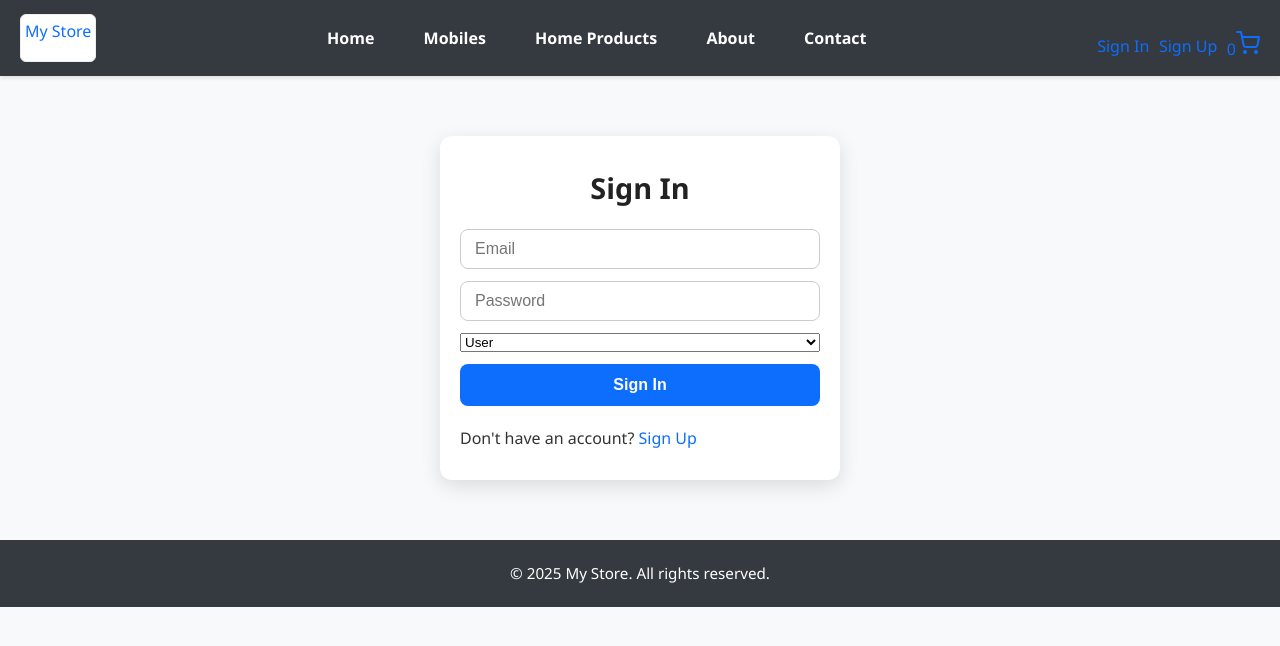
Repository: Sanjaieswaran/Ecommerce
Page: /seller (app in my-app/)
These files come from the project's save history. The page is drawn as it stood at one moment and after the next save; the edit follows.
The browser window is 1280 px wide. The pictures show the whole page.
The project was rebuilt for these pictures with package versions that can differ from the ones it lists, and the page was loaded fresh each time. Also part of the build but not shown: my-app/src/ProductCard.js, my-app/src/Mobiles.css, my-app/src/Mobiles.js, my-app/src/HomeProducts.css, my-app/src/HomeProducts.js, my-app/src/about.css, my-app/src/about.js, my-app/src/contact.css and 15 more.

Above is the page before, as saved 2025-09-10 20:10:18.

### my-app/public/index.html
<!DOCTYPE html>
<html lang="en">
  <head>
    <meta charset="utf-8" />
    <link rel="icon" href="%PUBLIC_URL%/favicon.ico" />
    <meta name="viewport" content="width=device-width, initial-scale=1" />
    <meta name="theme-color" content="#000000" />
    <meta
      name="description"
      content="An e-commerce website for all your needs"
    />
    <meta name="keywords" content="e-commerce, online store, shopping" />
    <meta name="author" content="Your Name" />
    <link rel="apple-touch-icon" href="%PUBLIC_URL%/logo192.png" />
    <link rel="manifest" href="%PUBLIC_URL%/manifest.json" />
    <title>E-commerce Store</title>
  </head>
  <body>
    <noscript>You need to enable JavaScript to run this app.</noscript>
    <div id="root"></div>
  </body>
</html>

### my-app/src/App.js
import React, { useState, useEffect } from 'react';
import { BrowserRouter as Router, Routes, Route, Navigate } from 'react-router-dom';
import Header from './Header';
import Main from './Main';
import './App.css';
import SellerPage from './pages/SellerPage';
import Signin from './pages/Signin';

function App() {
  const [cartItems, setCartItems] = useState([]);
  const [user, setUser] = useState(null);

  console.log('User state in App.js:', user);

  // Load user from localStorage on page reload
  useEffect(() => {
    const storedUser = localStorage.getItem('user');
    if (storedUser) {
      setUser(JSON.parse(storedUser));
    }
  }, []);

  // Add product to cart
  const AddToCart = (product) => {
    setCartItems((prev) => {
      const exists = prev.find((item) => item.id === product.id);
      if (exists) {
        return prev.map((item) =>
          item.id === product.id ? { ...item, quantity: item.quantity + 1 } : item
        );
      } else {
        return [...prev, { ...product, quantity: 1 }];
      }
    });
  };

  // Update quantity
  const UpdateQuantity = (productId, action) => {
    setCartItems((prev) =>
      prev
        .map((item) => {
          if (item.id === productId) {
            if (action === 'increase') {
              return { ...item, quantity: item.quantity + 1 };
            }
            if (action === 'decrease') {
              return { ...item, quantity: item.quantity - 1 };
            }
          }
          return item;
        })
        .filter((item) => item.quantity > 0)
    );
  };

  const cartCount = cartItems.reduce((sum, item) => sum + item.quantity, 0);

  const handleLogout = () => {
    setUser(null);
    localStorage.removeItem('token');
    localStorage.removeItem('user');
  };

  return (
    <div className="App">
      <Router>
        <Header cartCount={cartCount} user={user} handleLogout={handleLogout} />
        <div className="main-content">
          <Routes>
            <Route path="/*" element={<Main AddToCart={AddToCart} cartItems={cartItems} UpdateQuantity={UpdateQuantity} setUser={setUser} />} />
            <Route path="/seller" element={user && user.role === 'seller' ? <SellerPage /> : <Navigate to="/signin" />} />
            <Route path="/signin" element={<Signin setUser={setUser} />} />
          </Routes>
        </div>
        <footer>
          <p>&copy; 2025 My Store. All rights reserved.</p>
        </footer>
      </Router>
    </div>
  );
}

export default App;

### my-app/src/Header.js
import React from 'react';
import { Link } from 'react-router-dom';

const Header = ({ cartCount, user, handleLogout }) => {
  return (
    <header>
      <div className="logo">
        <Link to="/">My Store</Link>
      </div>
      <nav className="navbar">
        <Link to="/">Home</Link>
        <Link to="/mobiles">Mobiles</Link>
        <Link to="/home-products">Home Products</Link>
        <Link to="/about">About</Link>
        <Link to="/contact">Contact</Link>
        {user && user.role === 'seller' && <Link to="/seller">Seller</Link>}
      </nav>
      <div className="auth-links">
        {user ? (
          <>
            <span>Hello, {user.name}</span>
            <button onClick={handleLogout}>Logout</button>
          </>
        ) : (
          <>
            <Link to="/signin">Sign In</Link>
            <Link to="/signup">Sign Up</Link>
          </>
        )}
        <Link to="/cart" className="cart-icon">
          <span className="cart-count">{cartCount}</span>
          <svg xmlns="http://www.w3.org/2000/svg" width="24" height="24" viewBox="0 0 24 24" fill="none" stroke="currentColor" strokeWidth="2" strokeLinecap="round" strokeLinejoin="round">
            <circle cx="9" cy="21" r="1"></circle>
            <circle cx="20" cy="21"r="1"></circle>
            <path d="M1 1h4l2.68 13.39a2 2 0 0 0 2 1.61h9.72a2 2 0 0 0 2-1.61L23 6H6"></path>
          </svg>
        </Link>
      </div>
    </header>
  );
};

export default Header;

### my-app/src/App.css

* {
    box-sizing: border-box;
    margin: 0;
    padding: 0;
}

body {
        font-family: 'Segoe UI', Tahoma, Geneva, Verdana, sans-serif;
        margin: 0;
        background: #f8f9fa;
    color: #333;
        line-height: 1.5;
}

a {
        color: #0d6efd;
    text-decoration: none;
    }
    a:hover, a:focus {
        text-decoration: underline;
        outline: none;
}


header {
    background-color: #fff;
    box-shadow: 0 2px 4px rgba(0, 0, 0, 0.1);
    padding: 1rem 2rem;
    display: flex;
    justify-content: space-between;
    align-items: center;
        justify-content: space-between;
        background-color: #343a40;
        padding: 14px 20px;
    position: sticky;
    top: 0;
    z-index: 1000;
        flex-wrap: wrap;
        gap: 10px;
    }
    .logo-container {
        display: flex;
        align-items: center;
        flex: 0 0 auto;
    }
.logo {
        height: 48px;
        width: auto;
        border-radius: 6px;
        object-fit: contain;
        background: white;
        border: 1px solid #eee;
        padding: 4px;
    }
    .navbar {
        display: flex;
        flex-wrap: wrap;
        gap: 1.2rem;
        justify-content: center;
        flex: 1 1 auto;
        min-width: 220px;
}

.navbar a {
        color: #fff;
        font-weight: 600;
        padding: 8px 15px;
        border-radius: 4px;
        font-size: 1rem;
        transition: background-color 0.3s ease;
    }
    .navbar a:hover, .navbar a:focus {
        background-color: #0d6efd;
        outline: none;
        text-decoration: none;
    }
    .auth-links {
        flex: 0 0 auto;
        display: flex;
        align-items: center;
        gap: 0.6rem;
    }
    .auth-link {
        color: #ffc107;
        font-weight: 600;
        padding: 6px 12px;
        border-radius: 5px;
        transition: background 0.2s ease;
    }
    .auth-link:hover, .auth-link:focus {
        background: #ffc107;
        color: #343a40;
        text-decoration: none;
        outline: none;
    }

    /* Search Bar */
    .search-container {
        position: relative;
        flex: 1 1 300px;
        max-width: 450px;
        margin: 8px 15px 8px 15px;
        align-self: center;
    }
    .search-container input[type="search"] {
        width: 100%;
        padding: 9px 12px;
        border-radius: 6px;
        border: none;
        font-size: 1rem;
        outline: none;
        box-shadow: 0 0 4px rgba(0,0,0,0.15);
        transition: box-shadow 0.3s ease;
}
    .search-container input[type="search"]:focus {
        box-shadow: 0 0 8px #0d6efd;
    }
    .autocomplete-list {
        position: absolute;
        top: 100%;
        left: 0;
        right: 0;
        background: white;
        border: 1px solid #ccc;
        border-top: none;
        max-height: 170px;
        overflow-y: auto;
        z-index: 1100;
        border-radius: 0 0 6px 6px;
    }
    .autocomplete-list div {
        padding: 8px 12px;
        cursor: pointer;
        font-size: 0.95rem;
        color: #222;
}
    .autocomplete-list div:hover,
    .autocomplete-list div[aria-selected="true"] {
        background-color: #0d6efd;
        color: white;
    }

    h1 {
        text-align: center;
        margin: 30px 0 10px;
        color: #222;
        letter-spacing: 0.06em;
    }


    /* Offers Section */
    #offers {
        background: #fff3cd;
        border: 1px solid #ffeeba;
        margin: 20px auto;
        max-width: 1200px;
        padding: 20px;
        border-radius: 6px;
        box-shadow: 0 2px 6px rgb(0 0 0 / 0.08);
    }
    #offers h2 {
        font-size: 1.8rem;
        margin-bottom: 15px;
        text-align: center;
        color: #856404;
        font-weight: 700;
}
    .slider-container {
    position: relative;
        background: #fff8dc;
        height: 40px;
        border-radius: 4px;
        overflow: hidden;
        margin-bottom: 25px;
}
   .offer-text {
        white-space: nowrap;
        display: inline-block;
    position: absolute;
        will-change: transform;
        animation: slide-left 10s linear infinite;
        font-weight: 600;
        color: #856404;
        padding-left: 100%;
        font-size: 1.1rem;
        top: 10px;
    }
    @keyframes slide-left {
        0% { transform: translateX(0); }
        100% { transform: translateX(-100%); }
    }
    .class-grid {
        display: grid;
        grid-template-columns: repeat(auto-fit,minmax(180px,1fr));
        gap: 18px;
    }
    .class-item {
        background: white;
        border-radius: 8px;
        box-shadow: 0 2px 8px rgba(0,0,0,0.1);
        text-align: center;
        padding: 12px 10px;
        transition: transform 0.3s ease, box-shadow 0.3s ease;
        cursor: pointer;
        display: grid;
    }
    .class-item:hover, .class-item:focus {
        transform: translateY(-4px);
        box-shadow: 0 7px 18px rgba(0,0,0,0.15);
        outline: none;
    }
    .class-item img {
        width: 100%;
        max-height: 140px;
        object-fit: contain;
        border-radius: 6px;
        margin-bottom: 12px;

    }
    .class-item h3 {
        font-size: 1.15rem;
        font-weight: 700;
        color: #444;
        margin-bottom: 8px;
    }
    .class-item p {
        font-size: 1rem;
        color: #666;
        margin: 0;
    }
    .class-item p del {
        color: #cc0000;
        font-weight: 600;
        margin-right: 8px;
    }
    .class-item p strong {
        color: #28a745;
    font-weight: 700;
}


    .products {
        max-width: 1200px;
        margin: 30px auto 50px;
        padding: 0 15px;
    }
    .products h2 {
        text-align: center;
        font-weight: 700;
        font-size: 2rem;
        margin-bottom: 28px;
        letter-spacing: 0.04em;
        color: #222;
    }
    .product-grid {
        display: grid;
        grid-template-columns: repeat(auto-fit,minmax(220px,1fr));
        gap: 25px;
        padding: 10px;
    }
    .product {
        background: white;
        border-radius: 10px;
        box-shadow: 0 2px 12px rgba(0,0,0,0.09);
        padding: 18px 16px;
        display:flex;
        flex-direction: column;
        justify-content: space-between;
        transition: box-shadow 0.3s ease;
        cursor: default;
}
    .product:hover, .product:focus-within {
        box-shadow: 0 8px 25px rgba(0,0,0,0.15);
        outline: none;
    }
    .product h3 {
        font-weight: 700;
        font-size: 1.24rem;
        margin-bottom: 12px;
        min-height: 48px;
        color: #222;
    }
    .product img {
        height: 150px;
        object-fit: contain;
        margin-bottom: 15px;
        border-radius: 5px;

    }
    .product p {
        font-weight: 700;
        font-size: 1.1rem;
        color: #0b8457;
        margin: 0 0 15px;

    }
    .button-group {
        display: flex;
        gap: 12px;
    }
    button {
        flex: 1;
        padding: 11px 0;
        font-weight: 700;
        font-size: 1rem;
        border: none;
        border-radius: 6px;
        cursor: pointer;

        transition: background-color 0.3s ease;
    }
    button.buy-now {
        background-color: #198754;
        color: white;
    }
    button.buy-now:hover, button.buy-now:focus {
        background-color: #145c32;
        outline: none;
    }
    button:not(.buy-now) {
        background-color: #0d6efd;
        color: white;
    }
    button:not(.buy-now):hover, button:not(.buy-now):focus {
        background-color: #0b5ed7;
        outline: none;
    }


    #about {
        max-width: 900px;
        margin: 48px auto 60px;
        background: white;
        padding: 28px 22px;
        border-radius: 8px;
        box-shadow: 0 3px 15px rgba(0,0,0,0.12);
        text-align: center;
    }
    #about h2 {
        font-weight: 700;
        font-size: 2rem;
        margin-bottom: 18px;
        color: #222;
    }
    #about p {
        font-size: 1.1rem;
        color: #4a4a4a;
        max-width: 720px;
        margin: 0 auto;
        line-height: 1.6;
}


    #cart {
        max-width: 720px;
        background: white;
        margin: 40px auto 100px;
        border-radius: 10px;
        box-shadow: 0 4px 18px rgba(0,0,0,0.15);
        padding: 26px 24px;
    }
    #cart h2 {
        font-weight: 700;
        margin-bottom: 24px;
        color: #222;
        text-align: center;
        font-size: 1.8rem;
    }
    #cart-items {
        list-style-type: none;
        padding: 0;
        margin: 0 0 20px;
        max-height: 280px;
        overflow-y: auto;
    }
    #cart-items li {
        display: flex;
        justify-content: space-between;
        align-items: center;
        padding: 14px 8px;
        border-bottom: 1px solid #eee;
        font-size: 1rem;
    }
    #cart-items li:last-child {
        border-bottom: none;
    }
    .cart-controls button {
        background-color: transparent;
        border: none;
        font-weight: 700;
        font-size: 1.2rem;
        cursor: pointer;
        margin: 0 6px;
        color: #0d6efd;
        padding: 3px 9px;
        border-radius: 5px;
        transition: background-color 0.25s ease;

    }
    .cart-controls button:hover, .cart-controls button:focus {
        background-color: #0d6efd22;
        outline: none;
    }
    .cart-controls .remove {
        color: #dc3545;
        font-size: 1.5rem;
    }
    .cart-controls .remove:hover, .cart-controls .remove:focus {
        color: #a71d2a;
        background-color: #dc35451a;
        outline: none;
    }
    .total {
        font-weight: 700;
        font-size: 1.3rem;
        text-align: right;
        color: #198754;
        margin-bottom: 0;
    }


    footer {
        text-align: center;
        padding: 22px 10px;
        font-size: 0.95rem;
        background-color: #343a40;
        color: white;

    }


/*    @media (max-width: 900px) {
        .product-grid {
            grid-template-columns: repeat(auto-fit,minmax(180px,1fr));
        }
    }
    @media (max-width: 768px) {
        header {
            justify-content: center;
            gap: 15px;
            padding: 12px 12px;
        }
        .logo-container {
            order: -1;
            justify-content: center;
            flex-basis: 100%;
            margin-bottom: 5px;
        }
        .navbar {
            justify-content: center;
            gap: 1rem;
            flex-basis: 100%;
        }
        .auth-links {
            justify-content: center;
            flex-basis: 100%;
        }
        .search-container {
            max-width: 100%;
            order: 0;
            flex-basis: 100%;
            margin: 8px 0;
        }
    }*/
/* ------------------- Cart Container ------------------- */
.cart-container {
    max-width: 800px;
    margin: 40px auto 80px;
    background: #ffffff;
    border-radius: 12px;
    box-shadow: 0 6px 20px rgba(0,0,0,0.12);
    padding: 28px 24px;
    font-family: 'Segoe UI', Tahoma, Geneva, Verdana, sans-serif;
}

/* Cart Title */
#cart_items h2 {
    text-align: center;
    margin-bottom: 2rem;
    font-size: 2rem;
    font-weight: 700;
    color: #222;
    margin-bottom: 30px;
}

/* Empty Cart Message */
.empty-cart-message {
    text-align: center;
    font-size: 1.1rem;
    color: #6c757d;
    padding: 20px 0;
}

/* Cart List */
.cart-list {
    list-style: none;
    padding: 0;
    margin: 0;
    display: flex;
    flex-direction: column;
    gap: 18px;
    max-height: 350px;
    overflow-y: auto;
}

/* Cart Item */
.cart-item {
    display: flex;
    align-items: center;
    padding: 12px 14px;
    border: 1px solid #eee;
    border-radius: 10px;
    transition: transform 0.2s ease, box-shadow 0.2s ease;
}

.cart-item:hover {
    transform: translateY(-2px);
    box-shadow: 0 10px 20px rgba(0,0,0,0.08);
}

.cart-item-image {
    width: 80px;
    height: 80px;
    object-fit: contain;
    border-radius: 8px;
    margin-right: 16px;
    background: #f8f9fa;
    padding: 6px;
}

/* Item Details */
.cart-item-details {
    flex: 1;
    display: flex;
    flex-direction: column;
    gap: 8px;
}

.cart-item-details strong {
    font-size: 1.1rem;
    color: #333;
}

.cart-item-details p {
    font-size: 1rem;
    color: #0b8457;
    font-weight: 600;
}

/* ------------------- Quantity Controls ------------------- */
.quantity-controls {
    display: flex;
    align-items: center;
    gap: 8px;
    margin-top: 6px;
}

.quantity-controls button {
    width: 36px;
    height: 36px;
    font-size: 1.2rem;
    font-weight: 700;
    border: 1px solid #0d6efd;
    background: #ffffff;
    color: #0d6efd;
    border-radius: 8px;
    cursor: pointer;
    transition: all 0.2s ease;
    display: flex;
    align-items: center;
    justify-content: center;
}

.quantity-controls button:hover {
    background: #0d6efd;
    color: #fff;
}

.quantity-controls span {
    min-width: 28px;
    text-align: center;
    font-size: 1rem;
    font-weight: 600;
}

/* ------------------- Cart Summary ------------------- */
.cart-summary {
    margin-top: 28px;
    padding: 18px 14px;
    border-top: 1px solid #eee;
    display: flex;
    flex-direction: column;
    gap: 10px;
}

.cart-summary h3 {
    font-size: 1.4rem;
    font-weight: 700;
    color: #222;
}

.cart-summary p {
    font-size: 1.1rem;
    font-weight: 600;
    color: #198754;
}

/* ------------------- Scrollbar Styling ------------------- */
.cart-list::-webkit-scrollbar {
    width: 8px;
}

.cart-list::-webkit-scrollbar-track {
    background: #f1f1f1;
    border-radius: 4px;
}

.cart-list::-webkit-scrollbar-thumb {
    background: #0d6efd;
    border-radius: 4px;
}

.cart-list::-webkit-scrollbar-thumb:hover {
    background: #0b5ed7;
}

/* ------------------- Responsive ------------------- */
@media (max-width: 600px) {
    .cart-item {
        flex-direction: column;
        align-items: flex-start;
        gap: 12px;
    }

    .cart-item-image {
        width: 100%;
        height: auto;
        margin-right: 0;
    }

    .quantity-controls {
        gap: 6px;
    }

    .cart-summary {
        text-align: center;
    }
}
/* Auth Pages */
.auth-container {
  max-width: 400px;
  margin: 60px auto;
  padding: 30px 20px;
  background: white;
  border-radius: 12px;
  box-shadow: 0 6px 20px rgba(0,0,0,0.12);
  display: flex;
  flex-direction: column;
  gap: 20px;
}

.auth-container h2 {
  text-align: center;
  font-size: 1.8rem;
  color: #222;
}

.auth-container form {
  display: flex;
  flex-direction: column;
  gap: 12px;
}

.auth-container input {
  padding: 10px 14px;
  border-radius: 8px;
  border: 1px solid #ccc;
  font-size: 1rem;
}

.auth-container button {
  padding: 12px;
  border-radius: 8px;
  border: none;
  background: #0d6efd;
  color: white;
  font-weight: 600;
  font-size: 1rem;
  cursor: pointer;
  transition: 0.2s ease;
    }

    .auth-links {
        margin-top: 1rem;
    }
}

### my-app/src/pages/Signin.js
import React, { useState } from 'react';
import './Signin.css';
import { useNavigate, Link } from 'react-router-dom';

export default function SignIn({ setUser }) {
  const [form, setForm] = useState({ email: '', password: '', role: 'user' });
  const [error, setError] = useState('');
  const navigate = useNavigate();

  const handleChange = (e) => setForm({ ...form, [e.target.name]: e.target.value });

  const handleSubmit = async (e) => {
    e.preventDefault();
    try {
      const res = await fetch('http://localhost:3000/api/auth/signin', {
        method: 'POST',
        headers: { 'Content-Type': 'application/json' },
        body: JSON.stringify(form)
      });

      const data = await res.json();
      if (res.ok) {
        // Store JWT & user info in localStorage
        localStorage.setItem('token', data.token);
        localStorage.setItem('user', JSON.stringify(data.user));

        // Update the user state in the App component
        setUser(data.user);

        if (data.user.role === 'seller') {
          navigate('/seller');
        } else {
          navigate('/');
        }
        setError('');
      } else {
        setError(data.error || 'Login failed');
      }
    } catch (err) {
      console.error(err);
      setError('Server error');
    }
  };

  return (
    <div className="auth-page">
      <div className="auth-container">
        <h2>Sign In</h2>
        {error && <p className="error">{error}</p>}
        <form onSubmit={handleSubmit}>
          <input
            type="email"
            name="email"
            placeholder="Email"
            value={form.email}
            onChange={handleChange}
            required
          />
          <input
            type="password"
            name="password"
            placeholder="Password"
            value={form.password}
            onChange={handleChange}
            required
          />
          <select name="role" value={form.role} onChange={handleChange}>
            <option value="user">User</option>
            <option value="seller">Seller</option>

          </select>
          <button type="submit" className="btn btn-primary">Sign In</button>
        </form>
        <p className="auth-switch-link">
          Don't have an account? <Link to="/signup">Sign Up</Link>
        </p>
      </div>
    </div>
  );
}

Loaded but not shown: my-app/src/index.js (common file); my-app/src/index.css (common file); my-app/src/reportWebVitals.js (common file)

After the next save:
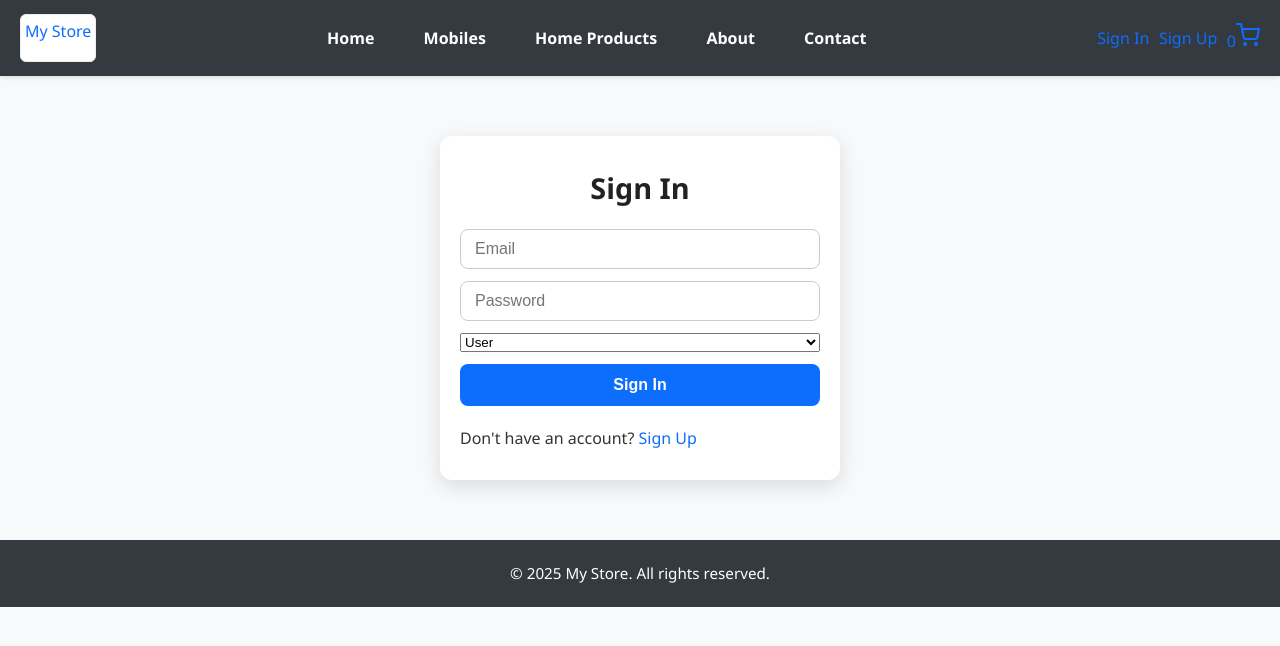
Saved 5 s later.
--- a/my-app/src/App.css
+++ b/my-app/src/App.css
@@ -691,7 +691,33 @@
   transition: 0.2s ease;
     }
 
-    .auth-links {
-        margin-top: 1rem;
-    }
-}
+.auth-container button:hover {
+  background: #0b5ed7;
+}
+
+.error {
+  color: #dc3545;
+  text-align: center;
+}
+
+.success {
+  color: #198754;
+  text-align: center;
+}
+
+/* Header & Auth Links */
+.auth-Links {
+  display: flex;
+  gap: 10px;
+  align-items: center;
+}
+
+.auth-Links button {
+  background: transparent;
+  color: #ffc107;
+  border: none;
+  cursor: pointer;
+  font-weight: 600;
+  padding: 6px 10px;
+    }
+}
